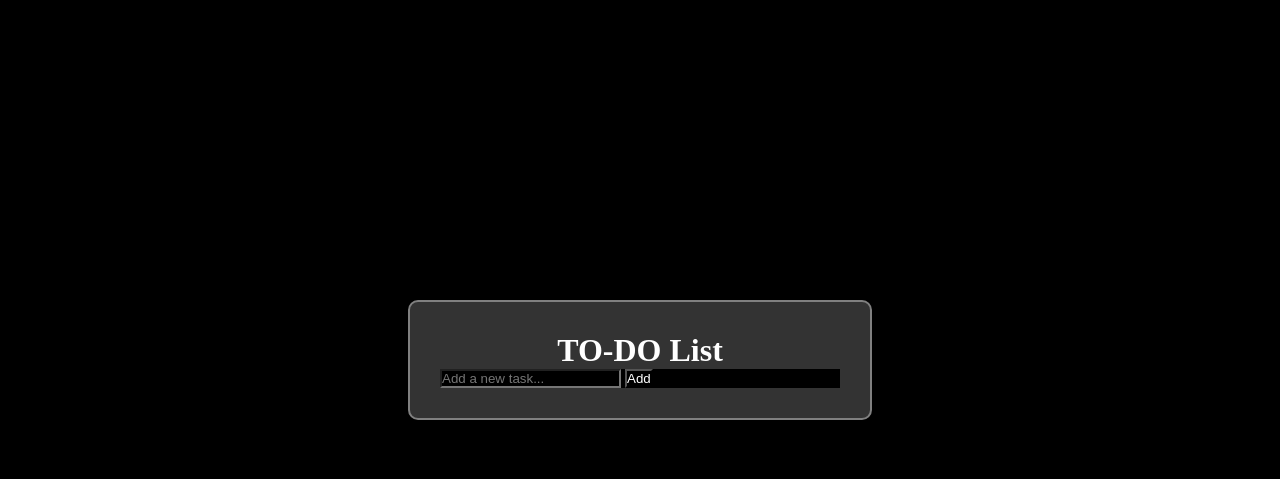
Repository: ksusmitha879-cyber/todo-list
Page: index.html
These files come from the project's save history. The page is drawn as it stood at one moment and after the next save; the edit follows.
The browser window is 1280 px wide. The pictures show the whole page.

Above is the page before, as saved 2025-11-28 02:27:29.

### index.html
<!DOCTYPE html>
<html lang="en">
<head>
    <meta charset="UTF-8">
    <meta name="viewport" content="width=device-width, initial-scale=1.0">
    <title>TO-DO List</title>
    <link rel="stylesheet" href="style.css">
</head>
<body>
    <div class="container">
        <h1>TO-DO List</h1>
        <div class="input-container">
            <input type="text" id="todo-input" placeholder="Add a new task..."/>
            <button>Add</button>
        </div>
    </div>
</body>
</html>

### style.css
*{
    margin: 0;
    padding: 0;
    background-color: black;
    color: white;
}

html, body{
    height: 100%;
    display: grid;
    place-items: center;
}
.container{
    padding: 30px;
    background-color: rgb(51, 51, 51);
    width: 400px;
    height: auto;
    border: 2px solid grey;
    border-radius: 10px;
}
h1{
    display: flex;
    align-items: center;
    justify-content: center;
    background-color: rgb(51, 51, 51);
    mar
}

After the next save:
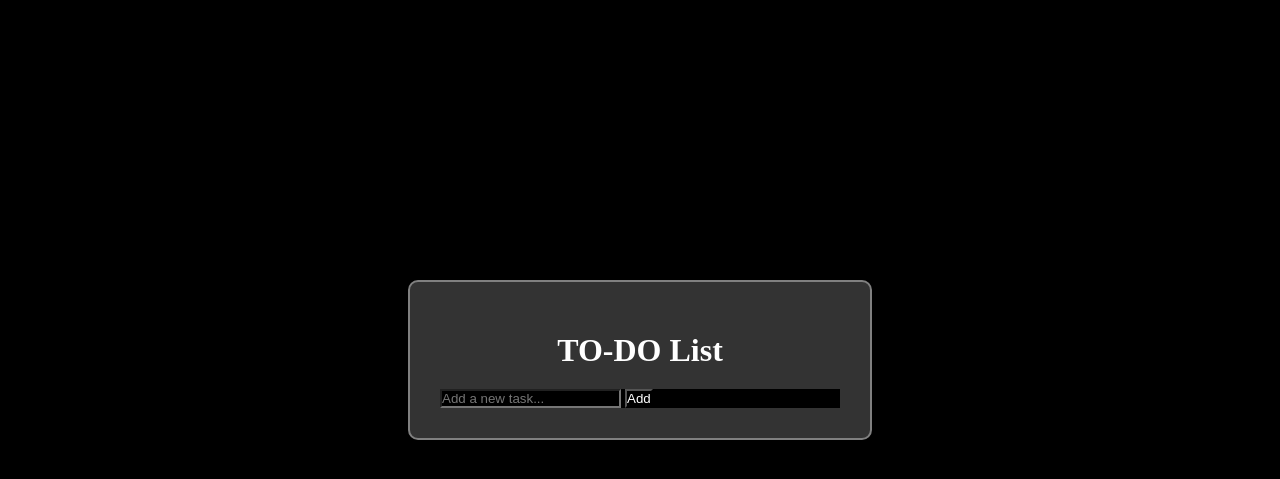
Saved 4 s later.
--- a/style.css
+++ b/style.css
@@ -23,5 +23,5 @@
     align-items: center;
     justify-content: center;
     background-color: rgb(51, 51, 51);
-    mar
+    margin: 20px;
 }
